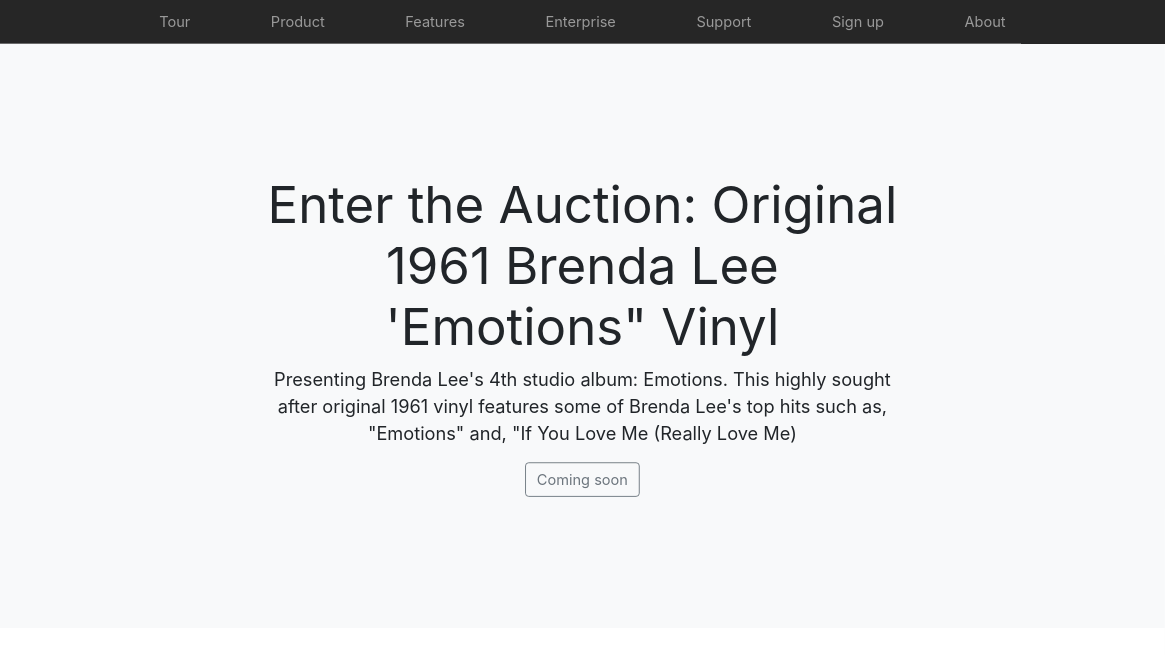
Repository: nvera007/nicolevera-resume
Page: LearnCS8-Twilio/index.html
The author's editor kept a record of every edit. The page is drawn from the files as they stood at one moment, then again after the next edit.
The browser window is 1280 px wide. The pictures show the whole page, at 91% of full size.

Above is the page before.

### LearnCS8-Twilio/index.html
<!doctype html>
<html lang="en">
  <head>
    <!-- Required meta tags -->
    <meta charset="utf-8">
    <meta name="viewport" content="width=device-width, initial-scale=1, shrink-to-fit=no">
    <meta name="description" content="Presenting Brenda Lee's 4th studio album: Emotions. This original 1961 vinyl features some of Brenda Lee's top hits such as, "Emotions" and, "If You Love Me (Really Love Me)>
    <meta name="author" content="862368526">

    <!-- Bootstrap CSS -->
    <link rel="stylesheet" href="https://stackpath.bootstrapcdn.com/bootstrap/4.5.2/css/bootstrap.min.css" integrity="sha384-JcKb8q3iqJ61gNV9KGb8thSsNjpSL0n8PARn9HuZOnIxN0hoP+VmmDGMN5t9UJ0Z" crossorigin="anonymous">

    <!-- Title of your Website -->
    <title>Brenda Lee: Emotions (1961)</title>
    <link href="product.css" rel="stylesheet">
  </head>
  <nav class="site-header sticky-top py-1">
    <!-- Top Menu Bar -->
    <div class="container d-flex flex-column flex-md-row justify-content-between">
        <a class="py-2 d-none d-md-inline-block" id="menu-item-1" href="https://f1tv.formula1.com/" target="formula1"></s> Tour</a>
        <a class="py-2 d-none d-md-inline-block" id="menu-item-2" href="https://www.youtube.com/watch?v=q-lF0Cn41rk&t=400s" target="youtube">Product</a>
        <a class="py-2 d-none d-md-inline-block" id="menu-item-3" href="https://www.youtube.com/watch?v=qdQNfF1-2rw" target=youtube1>Features</a>
        <a class="py-2 d-none d-md-inline-block" id="menu-item-4" href="https://www.youtube.com/watch?v=Tto9-9PGVJw" target=youtube2>Enterprise</a>
        <a class="py-2 d-none d-md-inline-block" id="menu-item-5" href="https://www.youtube.com/watch?v=8ue7ztpUtrs" target=youtube3>Support</a>
        <a class="py-2 d-none d-md-inline-block" id="menu-item-6" href="https://www.youtube.com/watch?v=P9owMEbqGxk" target=youtube4>Sign up</a>
        <a class="py-2 d-none d-md-inline-block" id="menu-item-7" href="https://www.formula1.com/en/drivers/carlos-sainz.html" target=sainz>About</a>
    </div>
</nav>
<!-- Main Header Section h1-->
<div class="position-relative overflow-hidden p-3 p-md-5 m-md-0 text-center bg-light">
    <div class="col-md-8 p-lg-5 mx-auto my-5">
        <h1 class="display-4 font-weight-normal">Enter the Auction: Original 1961 Brenda Lee 'Emotions" Vinyl</h1>
        <p class="lead font-weight-normal">Presenting Brenda Lee's 4th studio album: Emotions. This highly sought after original 1961 vinyl features some of Brenda Lee's top hits such as, "Emotions" and, "If You Love Me (Really Love Me)</p>
        <a class="btn btn-outline-secondary" href="https://www.youtube.com/watch?v=5tDkqaPX8hI" target=oomd>Coming soon</a>
    </div>
</div>
  <body>
  </body>
</html>

### LearnCS8-Twilio/product.css
.container {
  max-width: 960px;
}

/*
 * Custom translucent site header
 */

.site-header {
  background-color: rgba(0, 0, 0, .85);
  -webkit-backdrop-filter: saturate(180%) blur(20px);
  backdrop-filter: saturate(180%) blur(20px);
}
.site-header a {
  color: #999;
  transition: ease-in-out color .15s;
}
.site-header a:hover {
  color: #fff;
  text-decoration: none;
}

/*
 * Dummy devices (replace them with your own or something else entirely!)
 */

.product-device {
  position: absolute;
  right: 10%;
  bottom: -30%;
  width: 300px;
  height: 540px;
  background-color: #333;
  border-radius: 21px;
  -webkit-transform: rotate(30deg);
  transform: rotate(30deg);
}

.product-device::before {
  position: absolute;
  top: 10%;
  right: 10px;
  bottom: 10%;
  left: 10px;
  content: "";
  background-color: rgba(255, 255, 255, .1);
  border-radius: 5px;
}

.product-device-2 {
  top: -25%;
  right: auto;
  bottom: 0;
  left: 5%;
  background-color: #e5e5e5;
}


/*
 * Extra utilities
 */

.flex-equal > * {
  -ms-flex: 1;
  flex: 1;
}
@media (min-width: 768px) {
  .flex-md-equal > * {
    -ms-flex: 1;
    flex: 1;
  }
}

.overflow-hidden { overflow: hidden; }

After the next edit:
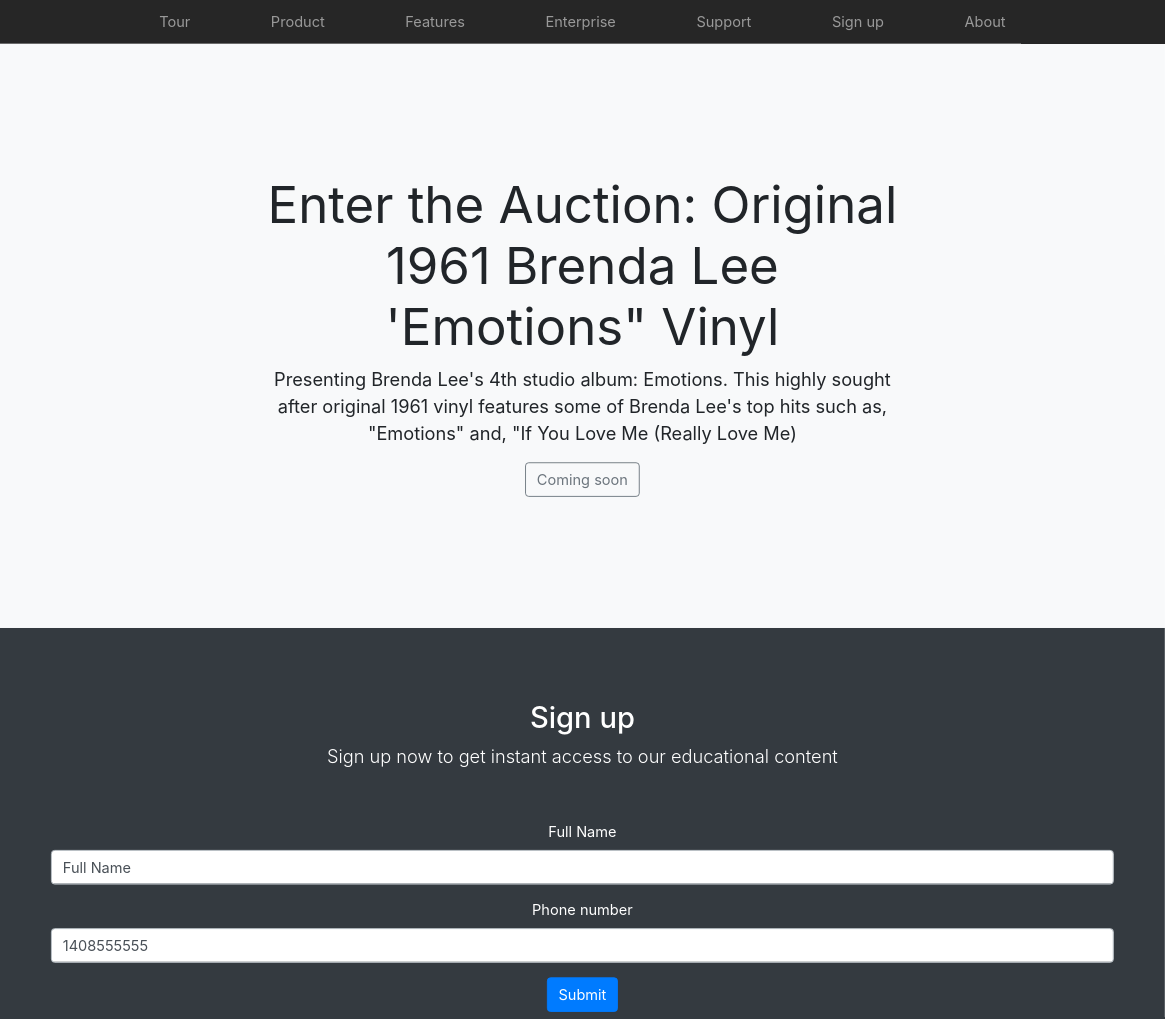
The edit:
--- a/LearnCS8-Twilio/index.html
+++ b/LearnCS8-Twilio/index.html
@@ -34,6 +34,45 @@
         <a class="btn btn-outline-secondary" href="https://www.youtube.com/watch?v=5tDkqaPX8hI" target=oomd>Coming soon</a>
     </div>
 </div>
+<!-- Left Tile -->
+<div class="d-md-flex flex-md-equal w-100">
+    <div class="bg-dark pt-3 px-3 pt-md-5 px-md-5 text-center text-white overflow-hidden">
+        <div class="my-3 py-3">
+            <h2 class="display-5">Sign up</h2>
+            <p class="lead">Sign up now to get instant access to our educational content</p>
+        </div>
+        <!-- Web form when submitted will send a text message -->
+        <form class="p-2" onsubmit="sendTextMessage(); return false;">
+            <!-- Full Name Form Field -->
+            <div class="form-group">
+                <label for="example-first-name">Full Name</label>
+                <input type="text" value="Full Name" class="form-control" id="example-first-name" aria-describedby="emailHelp">
+            </div>
+            <!-- Phone Number Form Field -->
+            <div class="form-group">
+                <label for="example-tel-input">Phone number</label>
+                <input type="tel" class="form-control" value="1408555555" id="example-tel-input">
+            </div>
+            <!-- JavaScript that handles onSubmit logic -->
+            <!-- Configure the XHR request below with your own credentials -->
+            <script>
+            function sendTextMessage() {
+                console.log("Hello world!");
+                var xhr = new XMLHttpRequest();
+                var accountSID = "AC8b95e5bd225b076478548b6372645e7a";
+                var authToken = "058050b52b6d031821e3f26a5795e826";
+                var base64encoded = accountSID + ":" + authToken;
+                var params = "To=" + document.getElementById('example-tel-input').value + "&From=" + "XXXXXXXXXX" + "&Body=" + "Hello " + document.getElementById('example-first-name').value + " nice job on sending your first SMS with APIs."
+                xhr.open("POST", "https://api.twilio.com/2010-04-01/Accounts/" + accountSID + "/Messages.json", true);
+                xhr.setRequestHeader('Content-Type', 'application/x-www-form-urlencoded');
+                xhr.setRequestHeader('Authorization', 'Basic ' + btoa(base64encoded));
+                xhr.send(params);
+            }
+            </script>
+            <!-- Submit button that will execute the sendTextMessage function -->
+            <button type="submit" class="btn btn-primary">Submit</button>
+        </form>
+    </div>
   <body>
   </body>
 </html>
